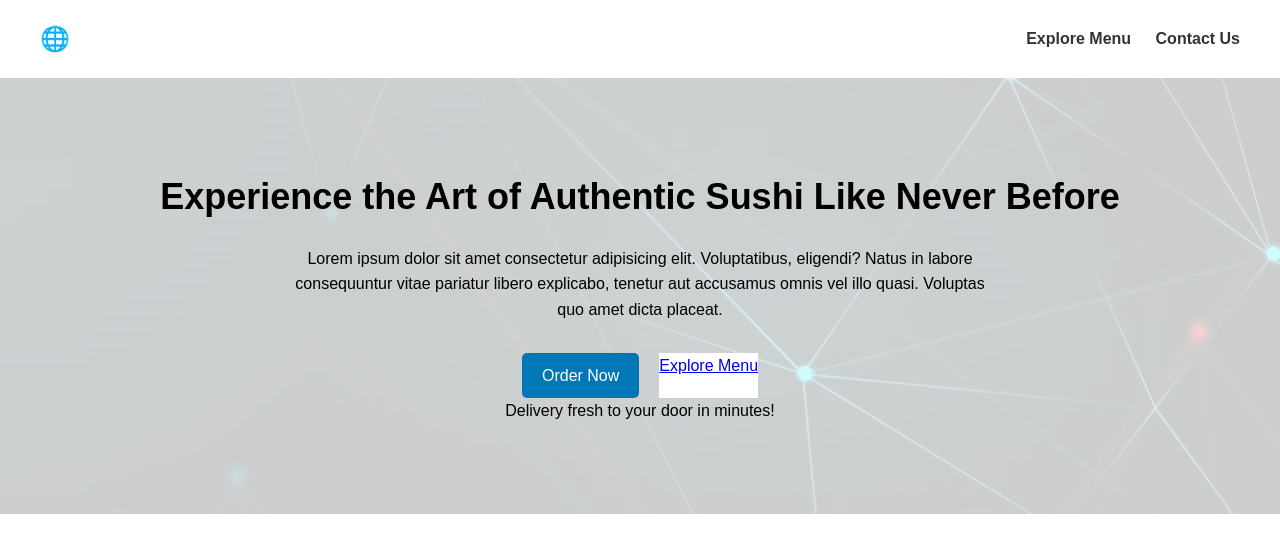
Repository: Femi007-gh/experience
Page: index.html
An editor plug-in stored every save of this project. The page is shown before and after a run of saves, followed by the edit.
The browser window is 1280 px wide. The pictures show the whole page.

Above is the page before, as saved 2025-01-16 07:05:34.

### index.html
<html>
  <head>
    <title></title>
    <link rel="stylesheet" href="style.css">
  </head>
  <body>
    <header>
      <div class="logo">🌐</div>
      <nav>
        <a href="#">Explore Menu</a>
        <a href="#">Contact Us</a>
      </nav>
    </header>
    <main>
      <section class="hero">
        <h1>Experience the Art of Authentic Sushi Like Never Before</h1>
        <p>Lorem ipsum dolor sit amet consectetur adipisicing elit. Voluptatibus, eligendi? Natus in labore consequuntur vitae pariatur libero explicabo, tenetur aut accusamus omnis vel illo quasi. Voluptas quo amet dicta placeat.</p>
        <div class="cta-buttons">
          <a href="#" class="btn-primary">Order Now</a>
          <a href="#" class="btn-secondary">Explore Menu</a>
        </div>
        <p class="delivery-info">Delivery fresh to your door in minutes!</p>
      </section>
    </main>
  </body>
</html>

### style.css
/* body or * */
body {
  padding: 0;
  margin: 0;
  background-color: white;
  font-family: Arial, Helvetica, sans-serif;
  line-height: 1.6;
}

header {
  display: flex;
  justify-content: space-between;
  align-items: center;
  padding: 20px 40px;
  background-color: #fff;
}

header .logo {
  font-size: 24px;
}

header nav a {
  text-decoration: none;
  margin-left: 20px;
  color: #333;
  font-weight: 600;
}

header nav a:hover {
  color: #0077b6;
}

.hero {
  text-align: center;
  padding: 60px 20px;
  background: #fff url('ART.jpg') no-repeat center;
  background-size: cover;
  position: relative;
}

.hero::before {
  content: "";
  position: absolute;
  top: 0;
  left: 0;
  width: 100%;
  height: 100%;
  background-color: rgba(255, 255, 255, 0.8);
}

.hero h1 {
  font-size: 36px;
  font-weight: 700;
  position: relative;
  margin-bottom: 20px;
}

.hero p {
  max-width: 700px;
  margin: 0 auto 30px;
  position: relative;
}

.cta-buttons {
  display: flex;
  justify-content: center;
  gap: 20px;
  margin-top: 20px;
  position: relative;
}

.btn-primary {
  color: #fff;
  text-decoration: none;
  padding: 10px 20px;
  border-radius: 5px;
  background: #0077b6;
}

.btn-primary:hover {
  background-color: #005f8a;
}

.btn-secondary {
  background: #fff;
  color: #00
}

After the next 4 saves:
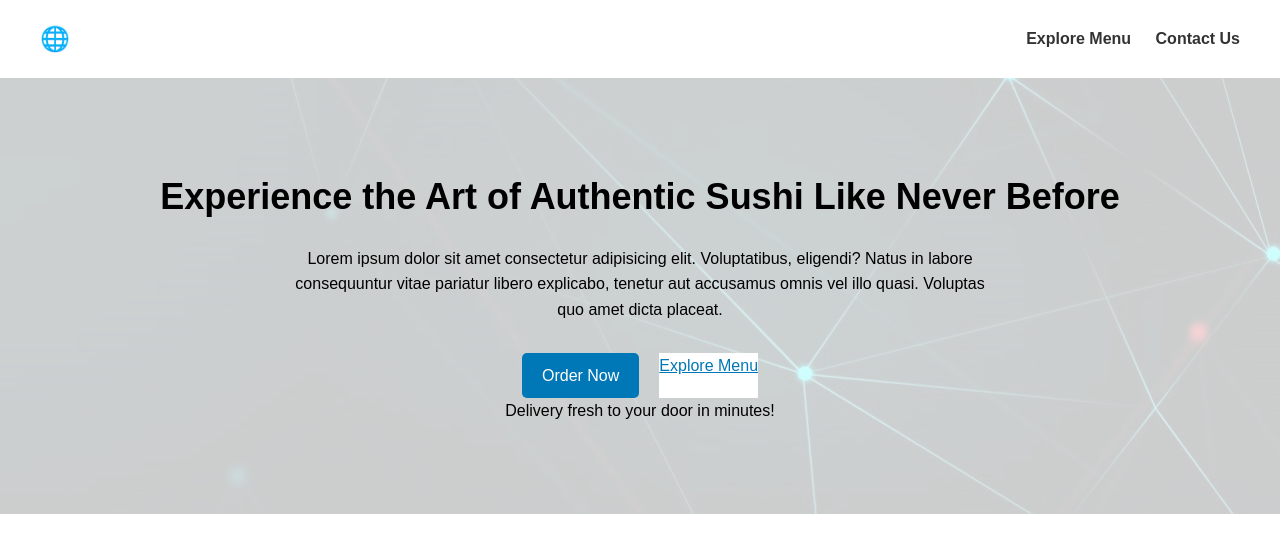
The 4 saves are shown as one change because they came seconds apart.
The last was saved 9 s later.
--- a/style.css
+++ b/style.css
@@ -83,5 +83,5 @@ header nav a:hover {
 
 .btn-secondary {
   background: #fff;
-  color: #00
+  color: #0077b6;
 }
